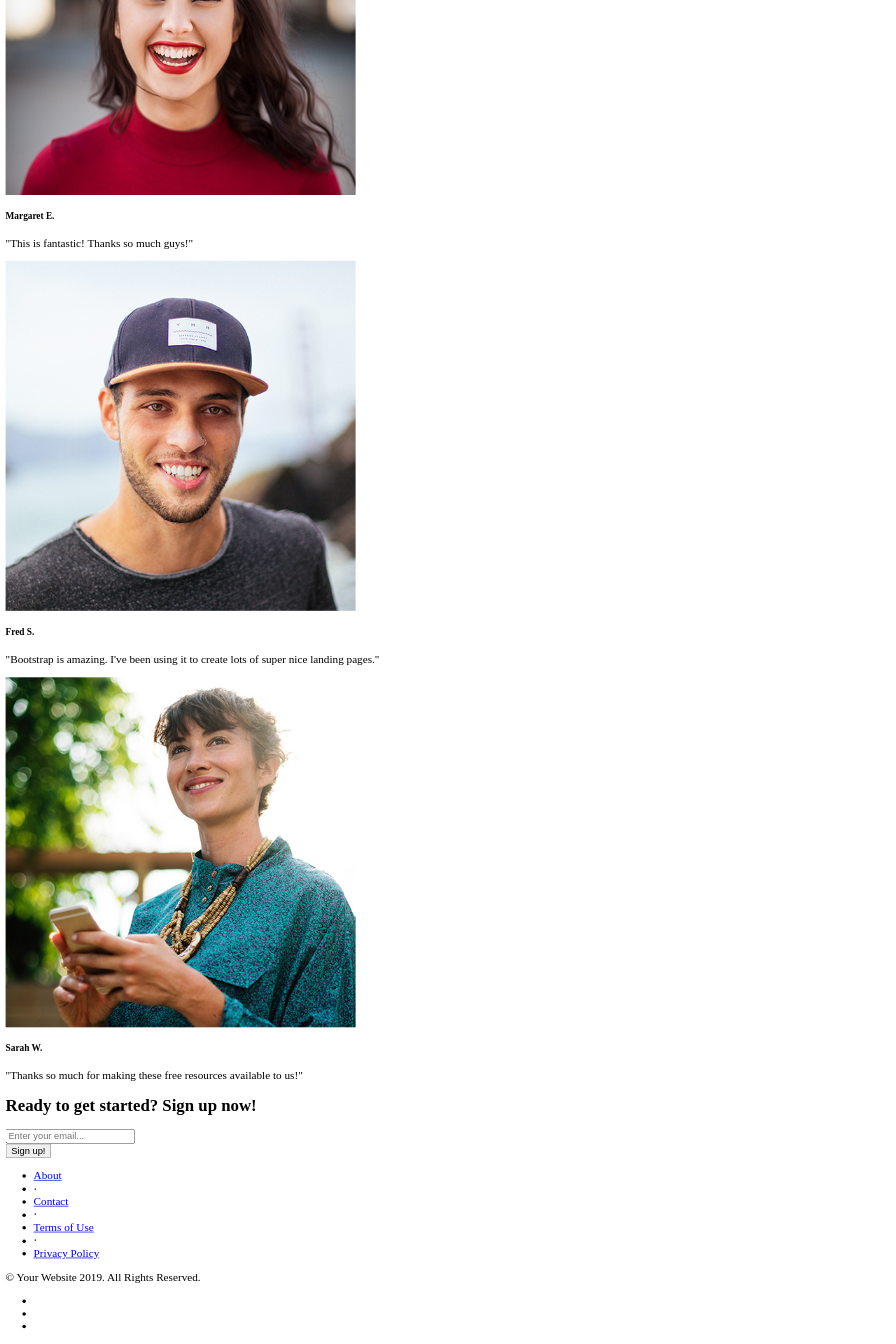
Repository: kunxin-chor/flask-etc-demo
Page: http://localhost/
The author's editor kept a record of every edit. The page is drawn from the files as they stood at one moment, then again after the next edit.
The browser window is 1280 px wide. The pictures show the part of the page from y = 901 to 2821 px (the page is 2821 px tall before and 2572 px after), at 70% of full size.
The page is served by the project's application, run on Flask 3 (flask-bootstrap/app.py). Other server files are loaded and not shown.

Above is the page before.

### flask-bootstrap/templates/index.html

  <!-- Masthead -->
  <header class="masthead text-white text-center">
    <div class="overlay"></div>
    <div class="container">
      <div class="row">
        <div class="col-xl-9 mx-auto">
          <h1 class="mb-5">Build a landing page for your business or project and generate more leads!</h1>
        </div>
        <div class="col-md-10 col-lg-8 col-xl-7 mx-auto">
          <form>
            <div class="form-row">
              <div class="col-12 col-md-9 mb-2 mb-md-0">
                <input type="email" class="form-control form-control-lg" placeholder="Enter your email...">
              </div>
              <div class="col-12 col-md-3">
                <button type="submit" class="btn btn-block btn-lg btn-primary">Sign up!</button>
              </div>
            </div>
          </form>
        </div>
      </div>
    </div>
  </header>

  <!-- Icons Grid -->
  <section class="features-icons bg-light text-center">
    <div class="container">
      <div class="row">
        <div class="col-lg-4">
          <div class="features-icons-item mx-auto mb-5 mb-lg-0 mb-lg-3">
            <div class="features-icons-icon d-flex">
              <i class="icon-screen-desktop m-auto text-primary"></i>
            </div>
            <h3>Fully Responsive</h3>
            <p class="lead mb-0">This theme will look great on any device, no matter the size!</p>
          </div>
        </div>
        <div class="col-lg-4">
          <div class="features-icons-item mx-auto mb-5 mb-lg-0 mb-lg-3">
            <div class="features-icons-icon d-flex">
              <i class="icon-layers m-auto text-primary"></i>
            </div>
            <h3>Bootstrap 4 Ready</h3>
            <p class="lead mb-0">Featuring the latest build of the new Bootstrap 4 framework!</p>
          </div>
        </div>
        <div class="col-lg-4">
          <div class="features-icons-item mx-auto mb-0 mb-lg-3">
            <div class="features-icons-icon d-flex">
              <i class="icon-check m-auto text-primary"></i>
            </div>
            <h3>Easy to Use</h3>
            <p class="lead mb-0">Ready to use with your own content, or customize the source files!</p>
          </div>
        </div>
      </div>
    </div>
  </section>

  <!-- Image Showcases -->
  <section class="showcase">
    <div class="container-fluid p-0">
      <div class="row no-gutters">

        <div class="col-lg-6 order-lg-2 text-white showcase-img" style="background-image: url('static/img/bg-showcase-1.jpg');"></div>
        <div class="col-lg-6 order-lg-1 my-auto showcase-text">
          <h2>Fully Responsive Design</h2>
          <p class="lead mb-0">When you use a theme created by Start Bootstrap, you know that the theme will look great on any device, whether it's a phone, tablet, or desktop the page will behave responsively!</p>
        </div>
      </div>
      <div class="row no-gutters">
        <div class="col-lg-6 text-white showcase-img" style="background-image: url('static/img/bg-showcase-2.jpg');"></div>
        <div class="col-lg-6 my-auto showcase-text">
          <h2>Updated For Bootstrap 4</h2>
          <p class="lead mb-0">Newly improved, and full of great utility classes, Bootstrap 4 is leading the way in mobile responsive web development! All of the themes on Start Bootstrap are now using Bootstrap 4!</p>
        </div>
      </div>
      <div class="row no-gutters">
        <div class="col-lg-6 order-lg-2 text-white showcase-img" style="background-image: url('static/img/bg-showcase-3.jpg');"></div>
        <div class="col-lg-6 order-lg-1 my-auto showcase-text">
          <h2>Easy to Use &amp; Customize</h2>
          <p class="lead mb-0">Landing Page is just HTML and CSS with a splash of SCSS for users who demand some deeper customization options. Out of the box, just add your content and images, and your new landing page will be ready to go!</p>
        </div>
      </div>
    </div>
  </section>

  <!-- Testimonials -->
  <section class="testimonials text-center bg-light">
    <div class="container">
      <h2 class="mb-5">What people are saying...</h2>
      <div class="row">
        <div class="col-lg-4">
          <div class="testimonial-item mx-auto mb-5 mb-lg-0">
            <img class="img-fluid rounded-circle mb-3" src="static/img/testimonials-1.jpg" alt="">
            <h5>Margaret E.</h5>
            <p class="font-weight-light mb-0">"This is fantastic! Thanks so much guys!"</p>
          </div>
        </div>
        <div class="col-lg-4">
          <div class="testimonial-item mx-auto mb-5 mb-lg-0">
            <img class="img-fluid rounded-circle mb-3" src="static/img/testimonials-2.jpg" alt="">
            <h5>Fred S.</h5>
            <p class="font-weight-light mb-0">"Bootstrap is amazing. I've been using it to create lots of super nice landing pages."</p>
          </div>
        </div>
        <div class="col-lg-4">
          <div class="testimonial-item mx-auto mb-5 mb-lg-0">
            <img class="img-fluid rounded-circle mb-3" src="static/img/testimonials-3.jpg" alt="">
            <h5>Sarah W.</h5>
            <p class="font-weight-light mb-0">"Thanks so much for making these free resources available to us!"</p>
          </div>
        </div>
      </div>
    </div>
  </section>

  <!-- Call to Action -->
  <section class="call-to-action text-white text-center">
    <div class="overlay"></div>
    <div class="container">
      <div class="row">
        <div class="col-xl-9 mx-auto">
          <h2 class="mb-4">Ready to get started? Sign up now!</h2>
        </div>
        <div class="col-md-10 col-lg-8 col-xl-7 mx-auto">
          <form>
            <div class="form-row">
              <div class="col-12 col-md-9 mb-2 mb-md-0">
                <input type="email" class="form-control form-control-lg" placeholder="Enter your email...">
              </div>
              <div class="col-12 col-md-3">
                <button type="submit" class="btn btn-block btn-lg btn-primary">Sign up!</button>
              </div>
            </div>
          </form>
        </div>
      </div>
    </div>
  </section>

  <!-- Footer -->
  <footer class="footer bg-light">
    <div class="container">
      <div class="row">
        <div class="col-lg-6 h-100 text-center text-lg-left my-auto">
          <ul class="list-inline mb-2">
            <li class="list-inline-item">
              <a href="#">About</a>
            </li>
            <li class="list-inline-item">&sdot;</li>
            <li class="list-inline-item">
              <a href="#">Contact</a>
            </li>
            <li class="list-inline-item">&sdot;</li>
            <li class="list-inline-item">
              <a href="#">Terms of Use</a>
            </li>
            <li class="list-inline-item">&sdot;</li>
            <li class="list-inline-item">
              <a href="#">Privacy Policy</a>
            </li>
          </ul>
          <p class="text-muted small mb-4 mb-lg-0">&copy; Your Website 2019. All Rights Reserved.</p>
        </div>
        <div class="col-lg-6 h-100 text-center text-lg-right my-auto">
          <ul class="list-inline mb-0">
            <li class="list-inline-item mr-3">
              <a href="#">
                <i class="fab fa-facebook fa-2x fa-fw"></i>
              </a>
            </li>
            <li class="list-inline-item mr-3">
              <a href="#">
                <i class="fab fa-twitter-square fa-2x fa-fw"></i>
              </a>
            </li>
            <li class="list-inline-item">
              <a href="#">
                <i class="fab fa-instagram fa-2x fa-fw"></i>
              </a>
            </li>
          </ul>
        </div>
      </div>
    </div>
  </footer>

  <!-- Bootstrap core JavaScript -->
  <script src="vendor/jquery/jquery.min.js"></script>
  <script src="vendor/bootstrap/js/bootstrap.bundle.min.js"></script>

</body>

</html>

### flask-bootstrap/app.py
from flask import Flask, render_template, request, redirect, url_for
import os

app = Flask(__name__)

@app.route('/')
def index():
    return render_template('index.html')


# "magic code" -- boilerplate
if __name__ == '__main__':
    app.run(host=os.environ.get('IP'),
            port=int(os.environ.get('PORT')),
            debug=True)

After the next edit:
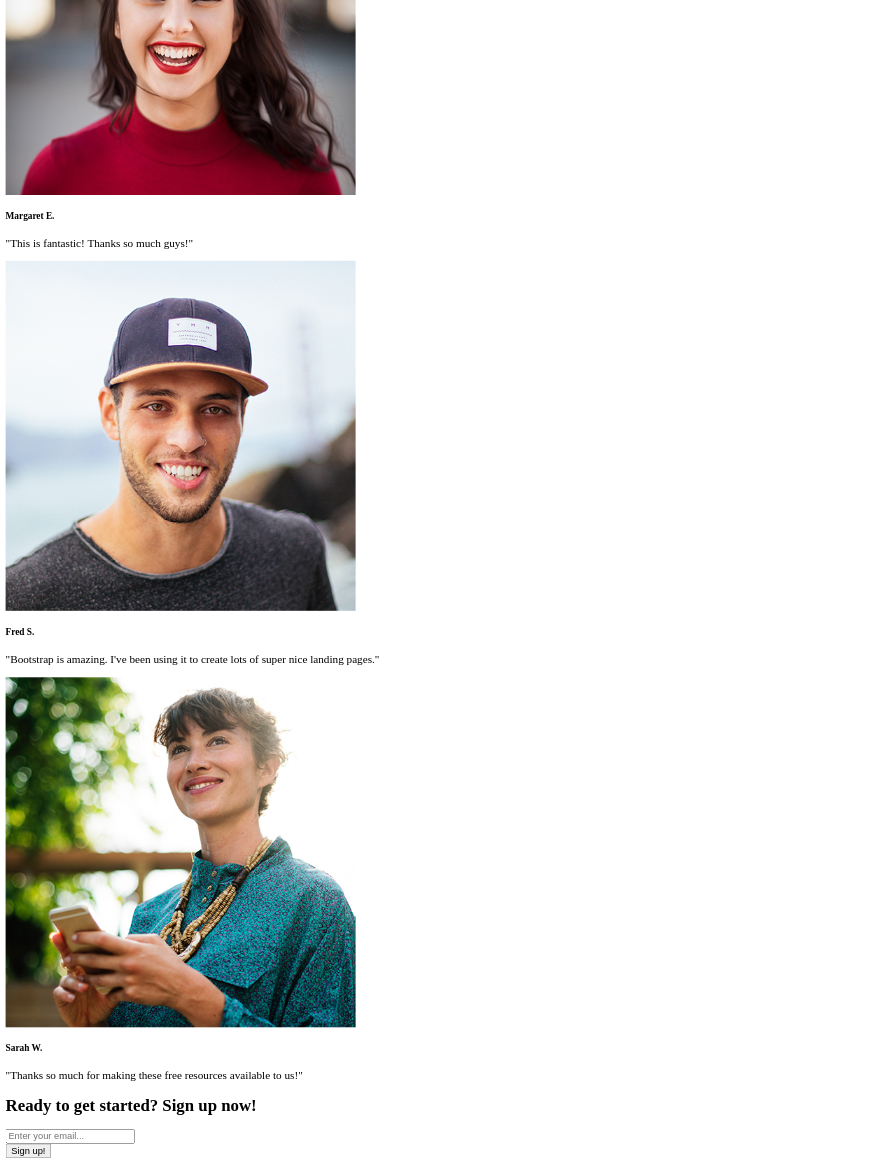
The edit:
--- a/flask-bootstrap/templates/index.html
+++ b/flask-bootstrap/templates/index.html
@@ -139,58 +139,3 @@
       </div>
     </div>
   </section>
-
-  <!-- Footer -->
-  <footer class="footer bg-light">
-    <div class="container">
-      <div class="row">
-        <div class="col-lg-6 h-100 text-center text-lg-left my-auto">
-          <ul class="list-inline mb-2">
-            <li class="list-inline-item">
-              <a href="#">About</a>
-            </li>
-            <li class="list-inline-item">&sdot;</li>
-            <li class="list-inline-item">
-              <a href="#">Contact</a>
-            </li>
-            <li class="list-inline-item">&sdot;</li>
-            <li class="list-inline-item">
-              <a href="#">Terms of Use</a>
-            </li>
-            <li class="list-inline-item">&sdot;</li>
-            <li class="list-inline-item">
-              <a href="#">Privacy Policy</a>
-            </li>
-          </ul>
-          <p class="text-muted small mb-4 mb-lg-0">&copy; Your Website 2019. All Rights Reserved.</p>
-        </div>
-        <div class="col-lg-6 h-100 text-center text-lg-right my-auto">
-          <ul class="list-inline mb-0">
-            <li class="list-inline-item mr-3">
-              <a href="#">
-                <i class="fab fa-facebook fa-2x fa-fw"></i>
-              </a>
-            </li>
-            <li class="list-inline-item mr-3">
-              <a href="#">
-                <i class="fab fa-twitter-square fa-2x fa-fw"></i>
-              </a>
-            </li>
-            <li class="list-inline-item">
-              <a href="#">
-                <i class="fab fa-instagram fa-2x fa-fw"></i>
-              </a>
-            </li>
-          </ul>
-        </div>
-      </div>
-    </div>
-  </footer>
-
-  <!-- Bootstrap core JavaScript -->
-  <script src="vendor/jquery/jquery.min.js"></script>
-  <script src="vendor/bootstrap/js/bootstrap.bundle.min.js"></script>
-
-</body>
-
-</html>
